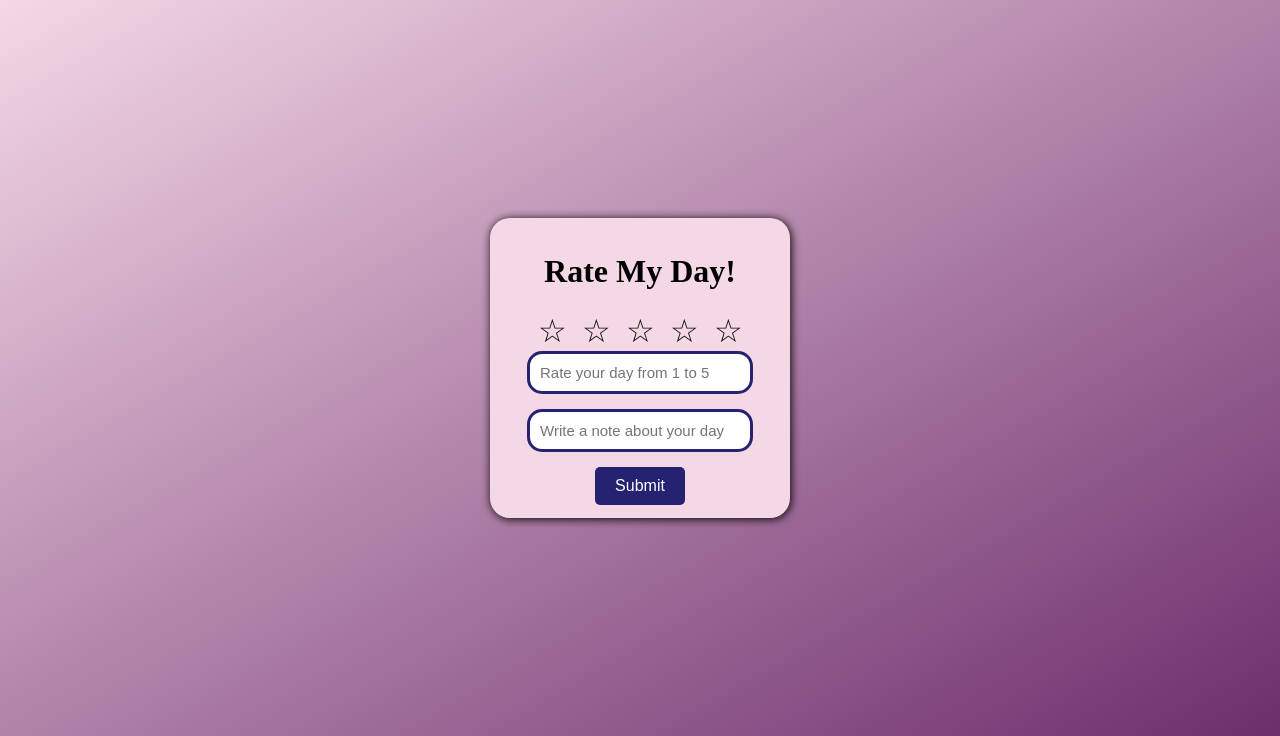
Repository: elenav24/RateMyDay
Page: frontend/index.html
An editor plug-in stored every save of this project. The page is shown before and after the next save, followed by the edit.
The browser window is 1280 px wide. The pictures show the whole page.

Above is the page before, as saved 2025-05-15 15:23:14.

### frontend/index.html
<!DOCTYPE html>

<html lang="en">
    <head>
        <meta charset="utf-8">
        <title>Rate My Day!</title>
        <meta name="description" content="Welcome to Rate My Day!">
        <meta name="viewport" content="width=device-width, initial-scale=1">
        <link rel="stylesheet" href="style.css">
    </head>
    <body>
        <div class="card">
            <h1>Rate My Day!</h1>
                <div class="stars">
                    <button class="star-btn" id="star1" onclick=fillStar(1) data-value="1"></button>
                    <button class="star-btn" id="star2" onclick=fillStar(2) data-value="2"></button>
                    <button class="star-btn" id="star3" onclick=fillStar(3) data-value="3"></button>
                    <button class="star-btn" id="star4" onclick=fillStar(4) data-value="4"></button>
                    <button class="star-btn" id="star5" onclick=fillStar(5) data-value="5"></button>
                </div>
            <input type="text" id="rating" placeholder="Rate your day from 1 to 5">
            <input type="text" id="note" placeholder="Write a note about your day">
            <button id="submit">Submit</button>
        </div>

        <script src="script.js" defer></script>
    </body>
</html>

### frontend/style.css
body {
    display: flex;
    justify-content: center;
    align-items: center;
    height: 100vh;
    background: linear-gradient(to right bottom, #f4d8e6, #6d2e6c);
}

.card {
    display: flex;
    flex-direction: column;
    align-items: center;
    justify-content: center;
    width: 300px;
    height: 300px;
    box-shadow: 1px 1px 10px #000;
    border-radius: 20px;
    background-color: #f4d8e6;
}

#rating, #note {
    border: 3px solid #252271;
    border-radius: 15px;
    width: 200px;
    padding: 10px;
    padding-left: 10px;
    margin-bottom: 15px;
    font-size: 15px;
}

#submit {
    background-color: #252271;
    color: white;
    border: none;
    border-radius: 5px;
    padding: 10px 20px;
    cursor: pointer;
    font-size: 16px;
}

.star-btn {
    width: 40px;
    height: 40px;
    background: none;
    border: none;
    cursor: pointer;
    font-size: 32px;
}

.star-btn.hover::before {
    color: rgb(248, 174, 38);
}

.star-btn::before {
    content: '☆';
    color: rgb(16, 16, 15);
}

.star-btn.filled::before {
    content: '★';
    color: rgb(243, 186, 14);
}

### frontend/script.js
document.addEventListener('DOMContentLoaded', () => {
    const button = document.getElementById('submit');
    const rating = document.getElementById('rating');
    const note = document.getElementById('note');

    button.addEventListener('click', async () => {
        const ratingValue = parseInt(rating.value);
        const noteValue = note.value;

        if (isNaN(ratingValue) || ratingValue < 1 || ratingValue > 5) {
            alert('Please enter a valid rating between 1 and 5.');
            return;
        }

        const payload = {
            rating: ratingValue,
            note: noteValue
        };

        try {
            const response = await fetch('http://localhost:8000/rate', {
                method: 'POST',
                headers: {
                    'Content-Type': 'application/json'
                },
                body: JSON.stringify(payload)

            });

            const data = await response.json();
            alert(data.message);



        } catch (error) {
            console.error('Submission Error:', error);
            alert('An error occurred while submitting your rating.');
        }

        // Clear the input fields after submission
        rating.value = '';
        note.value = '';

    });

});

const stars = document.querySelectorAll('.stars .star-btn');

stars.forEach(star => {
    star.addEventListener('mouseenter', () => {
        const value = parseInt(star.getAttribute('data-value'));
        highlightStars(value);
});

    star.addEventListener('mouseleave', () => {
        highlightStars(0); // Clear preview
});

    star.addEventListener('click', () => {
        const value = parseInt(star.getAttribute('data-value'));
        fillStars(value);
    });
});

    function highlightStars(value) {
    stars.forEach(star => {
        const starValue = parseInt(star.getAttribute('data-value'));
        star.classList.toggle('hover', starValue <= value);
    });
}

    function fillStars(value) {
    stars.forEach(star => {
        const starValue = parseInt(star.getAttribute('data-value'));
        star.classList.toggle('filled', starValue <= value);
    });
}

After the next save:
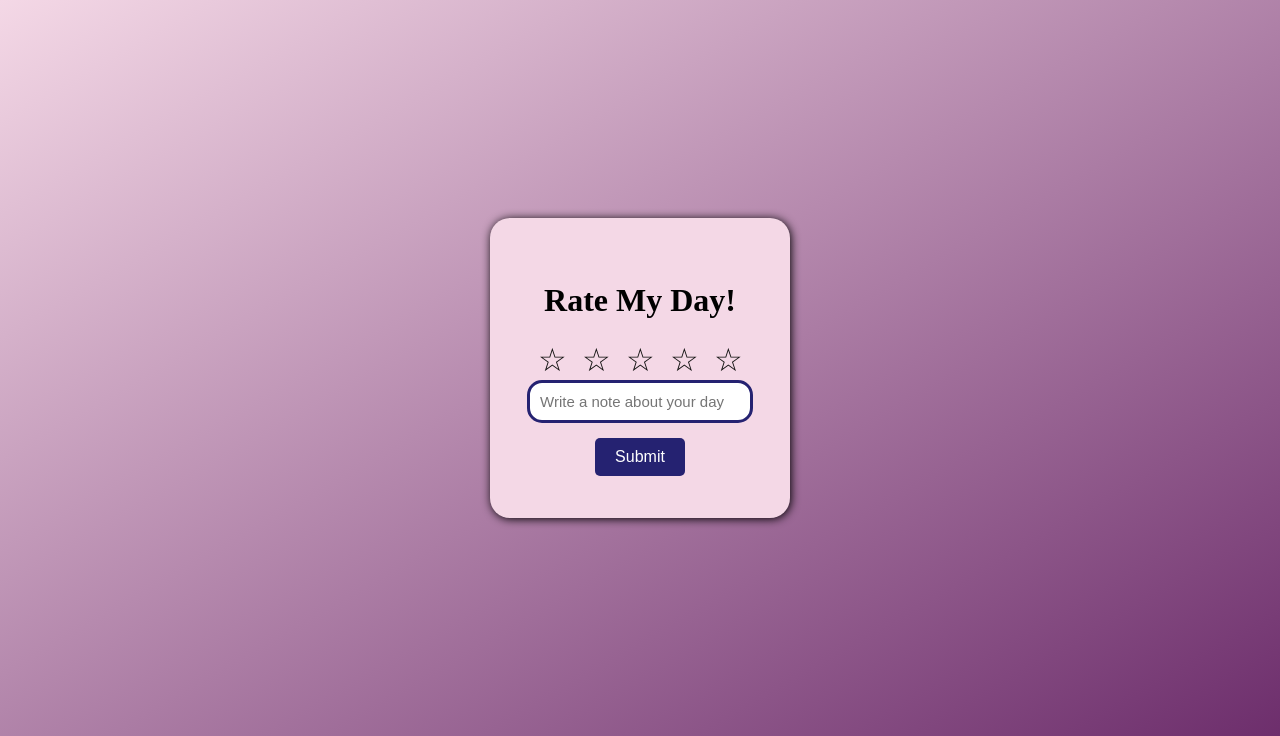
Saved 26 s later.
--- a/frontend/index.html
+++ b/frontend/index.html
@@ -18,7 +18,6 @@
                     <button class="star-btn" id="star4" onclick=fillStar(4) data-value="4"></button>
                     <button class="star-btn" id="star5" onclick=fillStar(5) data-value="5"></button>
                 </div>
-            <input type="text" id="rating" placeholder="Rate your day from 1 to 5">
             <input type="text" id="note" placeholder="Write a note about your day">
             <button id="submit">Submit</button>
         </div>
